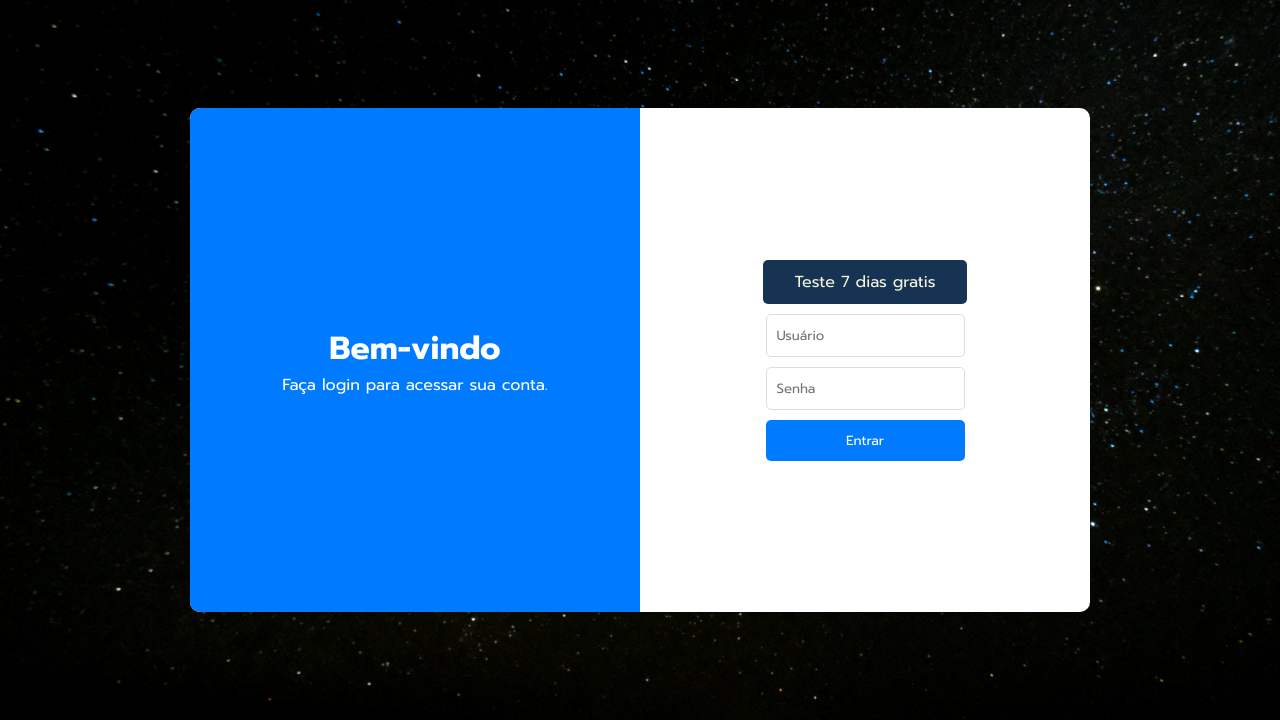
Repository: joao-paulo-paiva/tela-login
Page: index.html
These files come from the project's save history. The page is drawn as it stood at one moment and after a run of saves; the edit follows.
The browser window is 1280 px wide. The pictures show the whole page.

Above is the page before, as saved 2025-04-15 11:32:30.

### index.html
<!DOCTYPE html>
<html lang="pt-br">
<head>
    <meta charset="UTF-8">
    <meta name="viewport" content="width=device-width, initial-scale=1.0">
    <title>Tela de Login</title>
    <link rel="stylesheet" href="style.css">
    <link rel="preconnect" href="https://fonts.googleapis.com">
    <link rel="preconnect" href="https://fonts.gstatic.com" crossorigin>
    <link href="https://fonts.googleapis.com/css2?family=DM+Sans:ital,opsz,wght@0,9..40,100..1000;1,9..40,100..1000&family=Montserrat:ital,wght@0,100..900;1,100..900&family=Prompt:ital,wght@0,100;0,200;0,300;0,400;0,500;0,600;0,700;0,800;0,900;1,100;1,200;1,300;1,400;1,500;1,600;1,700;1,800;1,900&display=swap" rel="stylesheet">
</head>
<body>
    <div class="container">
        <div class="esquerda">
            <h1>Bem-vindo</h1>
            <p class="">Faça login para acessar sua conta.</p>
        </div>
        <div class="direita">
            <a href="#" class="teste-gratis"><p>Teste 7 dias gratis</p></a>
            <form action="#" method="POST">
                <input type="text" placeholder="Usuário" required>
                <input type="password" placeholder="Senha" required>
                <button type="submit">Entrar</button>
            </form>
        </div>
    </div>
</body>
</html>

### style.css
* {
    margin: 0;
    padding: 0;
    box-sizing: border-box;
    font-family: "Prompt", sans-serif;
}

body {
    display: flex;
    justify-content: center;
    align-items: center;
    height: 100vh;
    background-image: url(./imagens/pexels-francesco-ungaro-998641.jpg);
    background-size: cover;
    background-position: center;
    background-repeat: no-repeat;
}

.container {
    display: flex;
    height: 70%;
    width: 80%;
    max-width: 900px;
    background: white;
    border-radius: 10px;
    overflow: hidden;
}

.esquerda, .direita {
    width: 50%;
    padding: 40px;
}

.esquerda {
    background-color: #007bff;
    color: white;
    display: flex;
    flex-direction: column;
    justify-content: center;
    align-items: center;
}

.direita {
    display: flex;
    flex-direction: column;
    justify-content: center;
    align-items: center;
}

input {
    display: block;
    width: 100%;
    padding: 10px;
    margin: 10px 0;
    border: 1px solid #ddd;
    border-radius: 5px;
}
.teste-gratis {
    display: flex;
    justify-content: center; /* Centraliza horizontalmente */
    align-items: center; /* Centraliza verticalmente */
    width: 55%;
    padding: 10px;
    background-color: #163353;
    text-decoration: none;
    color: beige;
    border-radius: 5px;
    text-align: center; /* Garante que o texto esteja centralizado dentro do bloco */
}

button {
    width: 100%;
    padding: 10px;
    background-color: #007bff;
    color: white;
    border: none;
    border-radius: 5px;
    cursor: pointer;
}

After the next 3 saves:
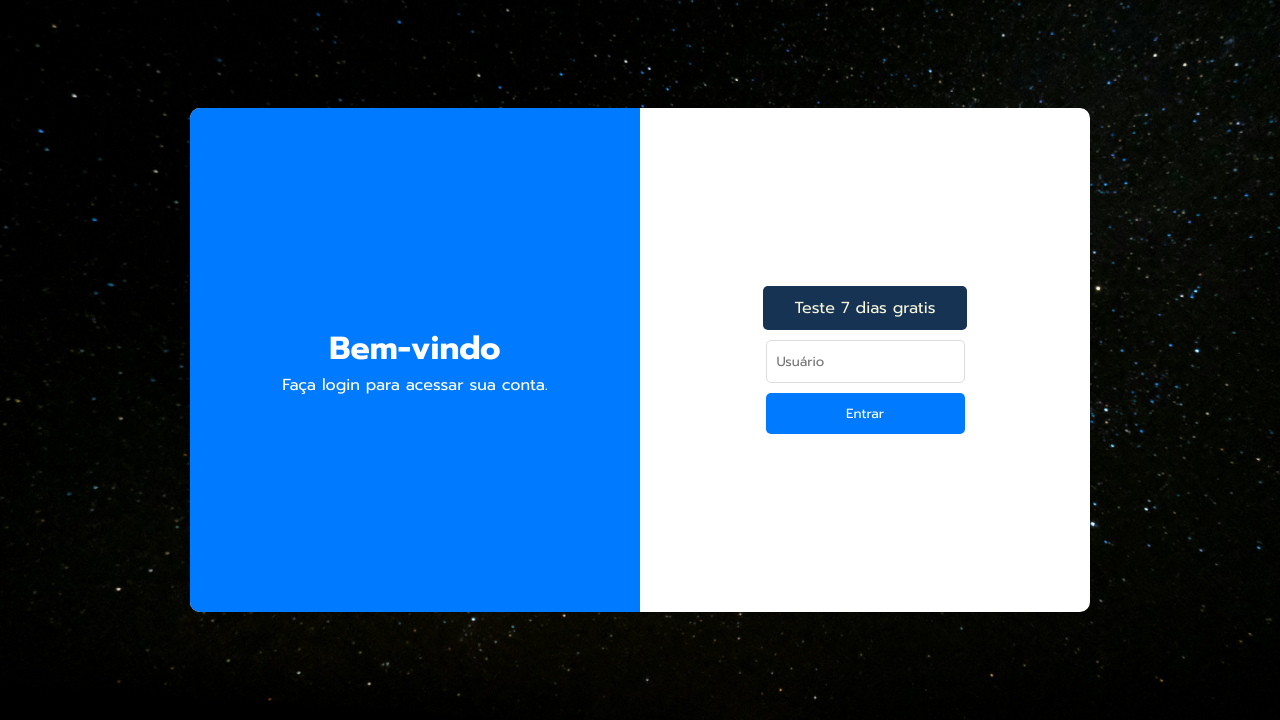
The 3 saves are shown as one change because they came seconds apart.
The last was saved 11 min 28 s later.
--- a/index.html
+++ b/index.html
@@ -19,6 +19,7 @@
             <a href="#" class="teste-gratis"><p>Teste 7 dias gratis</p></a>
             <form action="#" method="POST">
                 <input type="text" placeholder="Usuário" required>
+                <i
                 <input type="password" placeholder="Senha" required>
                 <button type="submit">Entrar</button>
             </form>

After the 5 saves that followed:
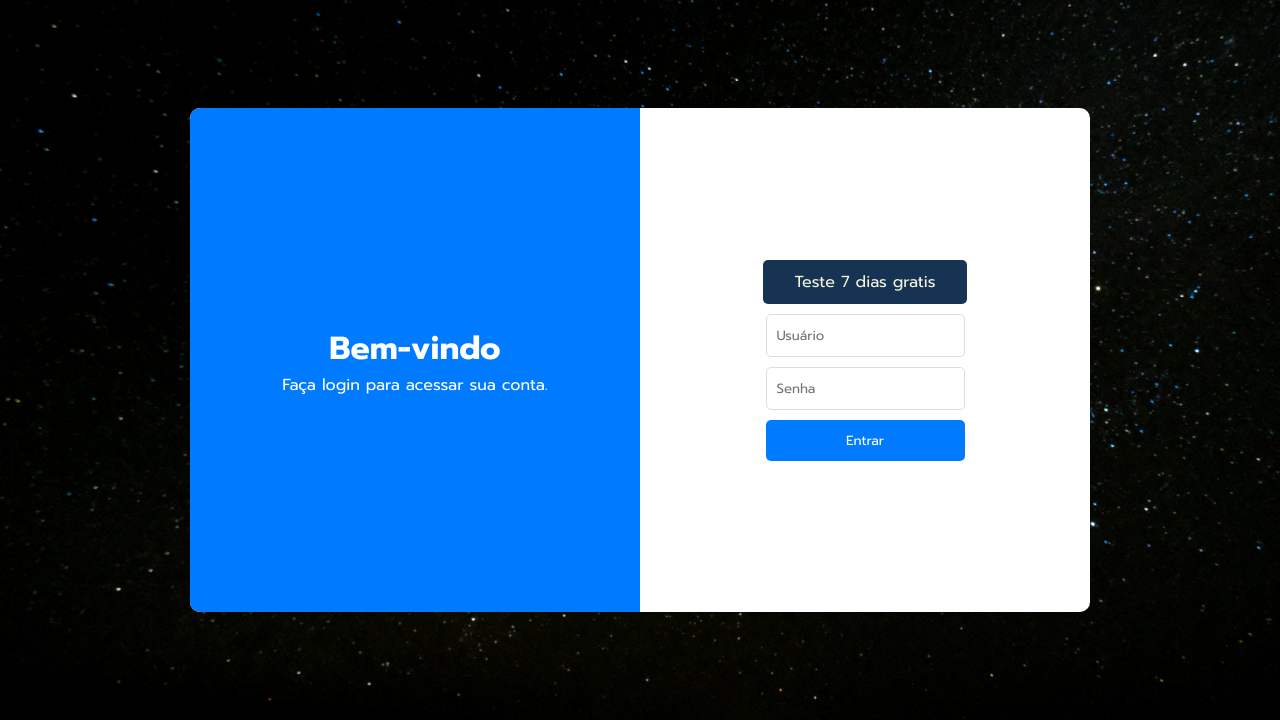
The 5 saves are shown as one change because they came seconds apart.
The last was saved 14 s later.
--- a/index.html
+++ b/index.html
@@ -19,7 +19,7 @@
             <a href="#" class="teste-gratis"><p>Teste 7 dias gratis</p></a>
             <form action="#" method="POST">
                 <input type="text" placeholder="Usuário" required>
-                <i
+                <input type="email"
                 <input type="password" placeholder="Senha" required>
                 <button type="submit">Entrar</button>
             </form>
